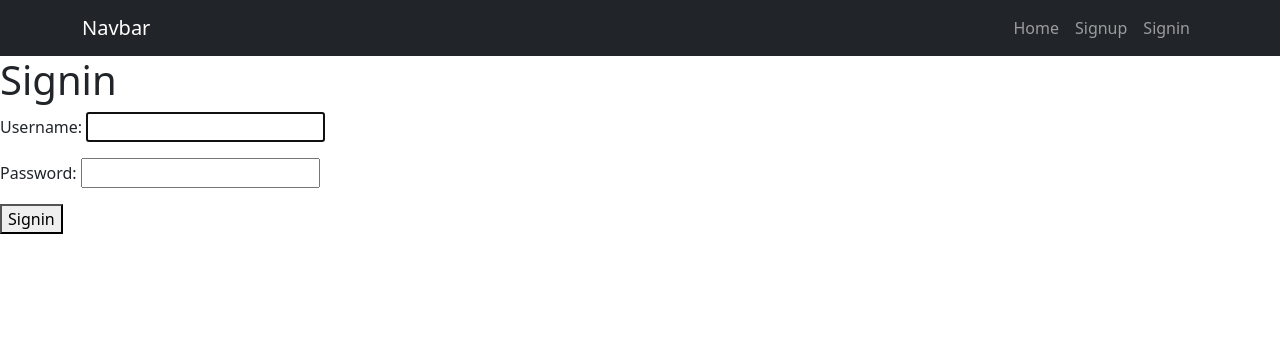
Repository: dbettancourt/django-auth-crud
Page: http://localhost/signin/
An editor plug-in stored every save of this project. The page is shown before and after the next save, followed by the edit.
The browser window is 1280 px wide. The pictures show the whole page.
The page is served by the project's application, run on Django 4.2 (manage.py). Other server files are loaded and not shown.

Above is the page before, as saved 2023-06-06 11:00:32.

### tasks/templates/signin.html
{% extends 'base.html' %}

{% block content %}
<h1>Signin</h1>
{{error}}

<form action="" method="POST">
    {% csrf_token %}
    {{form.as_p}}
    <button>
        Signin
    </button>
</form>

{% endblock %}

### tasks/templates/base.html
<!DOCTYPE html>
<!--[if lt IE 7]>      <html class="no-js lt-ie9 lt-ie8 lt-ie7"> <![endif]-->
<!--[if IE 7]>         <html class="no-js lt-ie9 lt-ie8"> <![endif]-->
<!--[if IE 8]>         <html class="no-js lt-ie9"> <![endif]-->
<!--[if gt IE 8]>      <html class="no-js"> <!--<![endif]-->
<html>
    <head>
        <meta charset="utf-8">
        <meta http-equiv="X-UA-Compatible" content="IE=edge">
        <title>Pagina Base Django</title>
        <meta name="description" content="">
        <meta name="viewport" content="width=device-width, initial-scale=1">
        <link rel="stylesheet" href="">
        <link rel="stylesheet" href="https://cdn.jsdelivr.net/npm/bootstrap@5.3.0/dist/css/bootstrap.min.css">
       <link rel="stylesheet" href="https://cdn.jsdelivr.net/npm/bootstrap-icons@1.5.0/font/bootstrap-icons.css">

    </head>
    <body>
        <!--[if lt IE 7]>
            <p class="browsehappy">You are using an <strong>outdated</strong> browser. Please <a href="#">upgrade your browser</a> to improve your experience.</p>
        <![endif]-->
        <nav class="navbar navbar-expand-lg bg-dark navbar-dark">
            <div class="container">
              <a class="navbar-brand" href="#">Navbar</a>
              <button class="navbar-toggler" type="button" data-bs-toggle="collapse" data-bs-target="#navbarNav" aria-controls="navbarNav" aria-expanded="false" aria-label="Toggle navigation">
                <span class="navbar-toggler-icon"></span>
              </button>
              <div class="collapse navbar-collapse" id="navbarNav">
                <ul class="navbar-nav ms-auto">
                    <li class="nav-item">
                        <a href="/"  class="nav-link">Home</a>
                    </li>
                    {% if user.is_authenticated %}
                    <li class="nav-item">
                        <a href="/tasks"  class="nav-link">Tasks Pending</a>
                    </li>
                    <li class="nav-item">
                        <a href="/tasks_completed"  class="nav-link">Tasks Completed</a>
                    </li>
                    <li class="nav-item">
                        <a href="/tasks/create"  class="nav-link">Create task</a>
                    </li>

                    <li class="nav-item">
                        <a href="/logout"  class="nav-link">Logout</a>
                    </li>
                    {% else %}
                    <li class="nav-item">
                        <a href="/signup"  class="nav-link">Signup</a>
                    </li>
                    <li class="nav-item">
                        <a href="/signin"  class="nav-link">Signin</a>
                    </li>
                    {% endif %}
                </ul>
              </div>
            </div>
          </nav>

        <script src="" async defer></script>

        {% block content %}
        {% endblock %}

    </body>
</html>

### tasks/views.py
from django.shortcuts import render, redirect, get_object_or_404
from django.contrib.auth.forms import UserCreationForm, AuthenticationForm
from django.contrib.auth.models import User
from django.contrib.auth import login, logout, authenticate
from django.db import IntegrityError
from .forms import TaskForm
from .models import Task
from django.utils import timezone
from django.contrib.auth.decorators import login_required



# Create your views here.
def home(request):
    return render(request, 'home.html')

def signup(request):

    if request.method == 'GET':
         return render(request, 'signup.html',{
        'form': UserCreationForm
    })

    else:
        if request.POST['password1'] == request.POST['password2']:
            try:
                user = User.objects.create_user(username=request.POST['username'], password=request.POST['password1'])
                user.save()
                login(request, user)
                return redirect ('tasks')
            except IntegrityError:
                return render(request, 'signup.html',{
                    'form': UserCreationForm,
                    'error': 'El usuario ya existe'
                    })
        return render(request, 'signup.html', {
            'form': UserCreationForm,
            'error': 'Las contraseñas no coinciden'
            })

@login_required
def tasks(request):
    tasks = Task.objects.filter(user=request.user, datecompleted__isnull=True)
    return render(request, 'tasks.html', {'tasks': tasks})

@login_required
def tasks_completed(request):
    tasks = Task.objects.filter(user=request.user, datecompleted__isnull=False).order_by ('-datecompleted')
    return render(request, 'tasks.html', {'tasks': tasks})

@login_required
def create_task(request):

    if request.method == 'GET':
        return render(request, 'create_task.html', {
            'form': TaskForm
        })
    else:
        try:
            form = TaskForm(request.POST)
            new_task = form.save(commit=False)
            new_task.user = request.user
            new_task.save()
            return redirect('tasks')
        except ValueError:
            return render(request, 'create_task.html', {
                'form': TaskForm,
                'error': 'Por favor ingresar datos validos'
             })

@login_required
def task_detail(request, task_id):
    if request.method == 'GET':
        task = get_object_or_404(Task, pk=task_id, user=request.user)
        form = TaskForm(instance=task)
        return render(request, 'task_detail.html', {'task': task, 'form': form})
    else:
        try:
            task = get_object_or_404(Task, pk=task_id, user=request.user)
            form = TaskForm(request.POST, instance=task)
            form.save()
            return redirect('tasks')
        except ValueError:
            return render(request, 'task_detail.html', {'task': task, 'form': form, 'error': "Error al actualizar"})

@login_required
def complete_task(request, task_id):
    task = get_object_or_404(Task, pk=task_id, user=request.user)
    if request.method == 'POST':
        task.datecompleted = timezone.now()
        task.save()
        return redirect('tasks')

@login_required
def delete_task(request, task_id):
    task = get_object_or_404(Task, pk=task_id, user=request.user)
    if request.method == 'POST':
        task.datecompleted = timezone.now()
        task.delete()
        return redirect('tasks')

@login_required
def signout(request):
    logout(request)
    return redirect('home')

def signin(request):
    if request.method=='GET':
        return render(request, 'signin.html', {
            'form': AuthenticationForm
        })
    else:
        user = authenticate(
            request, username=request.POST['username'], password=request.POST['password'])

        if user is None:
            return render(request, 'signin.html', {
                'form': AuthenticationForm,
                'error': 'Usuario o password es incorrecta'
            })
        else:
            login(request, user)
            return redirect('tasks')

### djangocrud/urls.py
"""
URL configuration for djangocrud project.

The `urlpatterns` list routes URLs to views. For more information please see:
    https://docs.djangoproject.com/en/4.2/topics/http/urls/
Examples:
Function views
    1. Add an import:  from my_app import views
    2. Add a URL to urlpatterns:  path('', views.home, name='home')
Class-based views
    1. Add an import:  from other_app.views import Home
    2. Add a URL to urlpatterns:  path('', Home.as_view(), name='home')
Including another URLconf
    1. Import the include() function: from django.urls import include, path
    2. Add a URL to urlpatterns:  path('blog/', include('blog.urls'))
"""
from django.contrib import admin
from django.urls import path
from tasks import views

urlpatterns = [
    path('admin/', admin.site.urls),
    path('', views.home, name='home'),
    path('signup/', views.signup, name='signup'),
    path('tasks/', views.tasks, name='tasks'),
    path('tasks_completed/', views.tasks_completed, name='_completed'),
    path('tasks/create/', views.create_task, name='create_tasks'),
    path('tasks/<int:task_id>/', views.task_detail, name='task_detail'),
    path('tasks/<int:task_id>/complete', views.complete_task, name='complete_task'),
    path('tasks/<int:task_id>/delete', views.delete_task, name='delete_task'),
    path('logout/', views.signout, name='logout'),
    path('signin/', views.signin, name='signin')
]

After the next save:
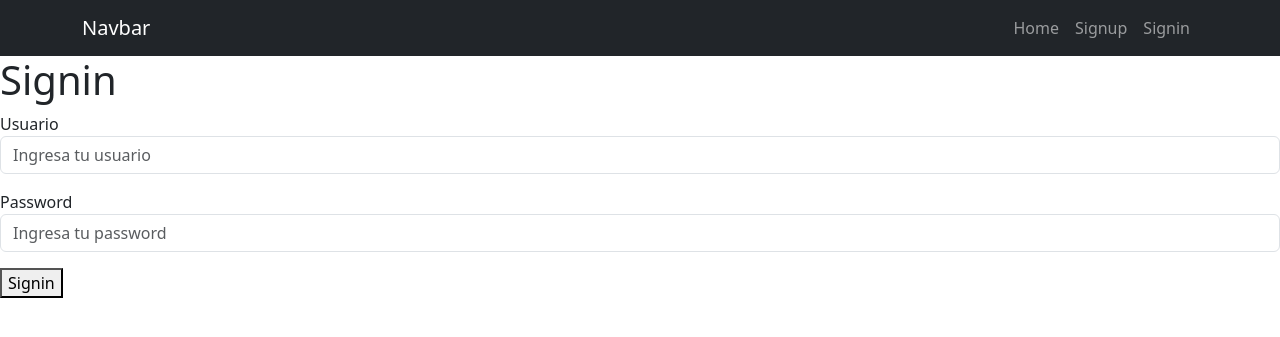
Saved 2 min 13 s later.
--- a/tasks/templates/signin.html
+++ b/tasks/templates/signin.html
@@ -6,7 +6,16 @@
 
 <form action="" method="POST">
     {% csrf_token %}
-    {{form.as_p}}
+    <div class="mb-3">
+        <label for="username">Usuario</label>
+        <input type="text" name="username" id="username" class="form-control" placeholder="Ingresa tu usuario">
+    </div>
+
+    <div class="mb-3">
+        <label for="password1">Password</label>
+        <input type="password" name="password" id="password" class="form-control" placeholder="Ingresa tu password">
+    </div>
+
     <button>
         Signin
     </button>
